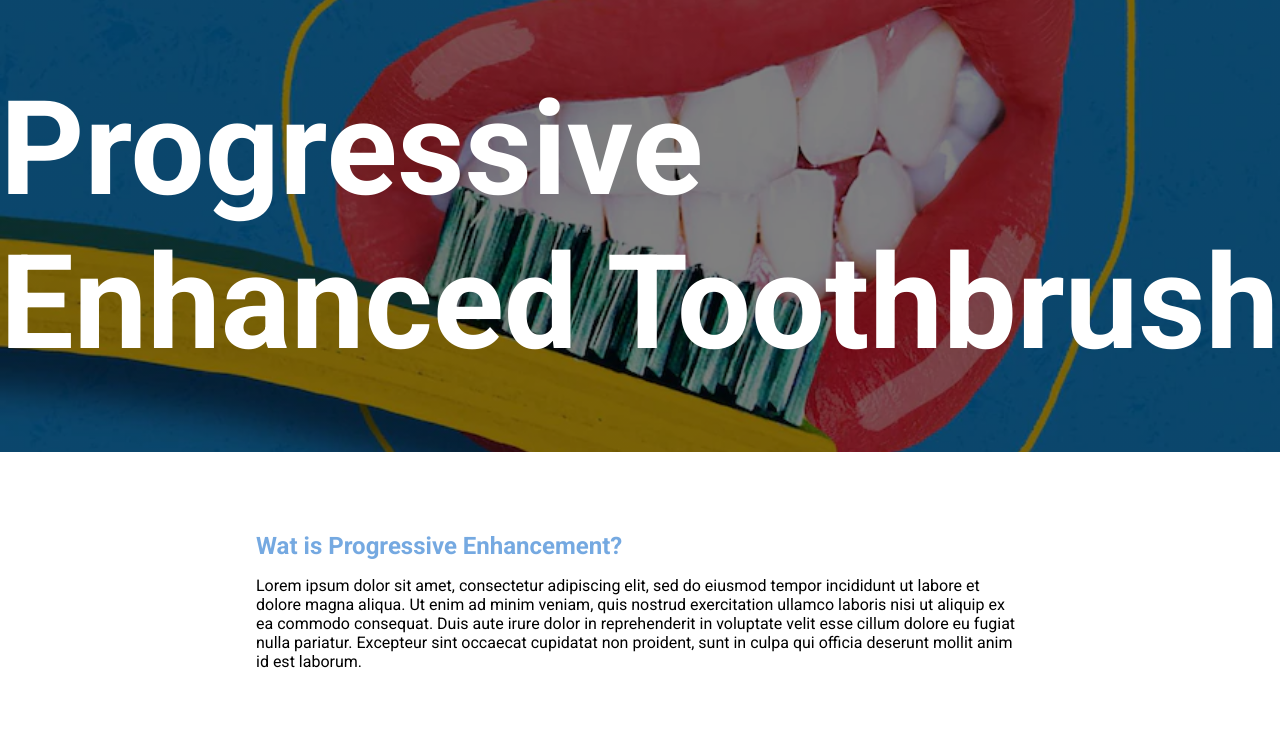
Repository: norakramer1/browser-technologies-2122
Page: progressive-enhanced-toothbrush-main/index.html
These files come from the project's save history. The page is drawn as it stood at one moment and after a run of saves; the edit follows.
The browser window is 1280 px wide. The pictures show the whole page.

Above is the page before, as saved 2022-03-23 12:18:30.

After the next 4 saves:
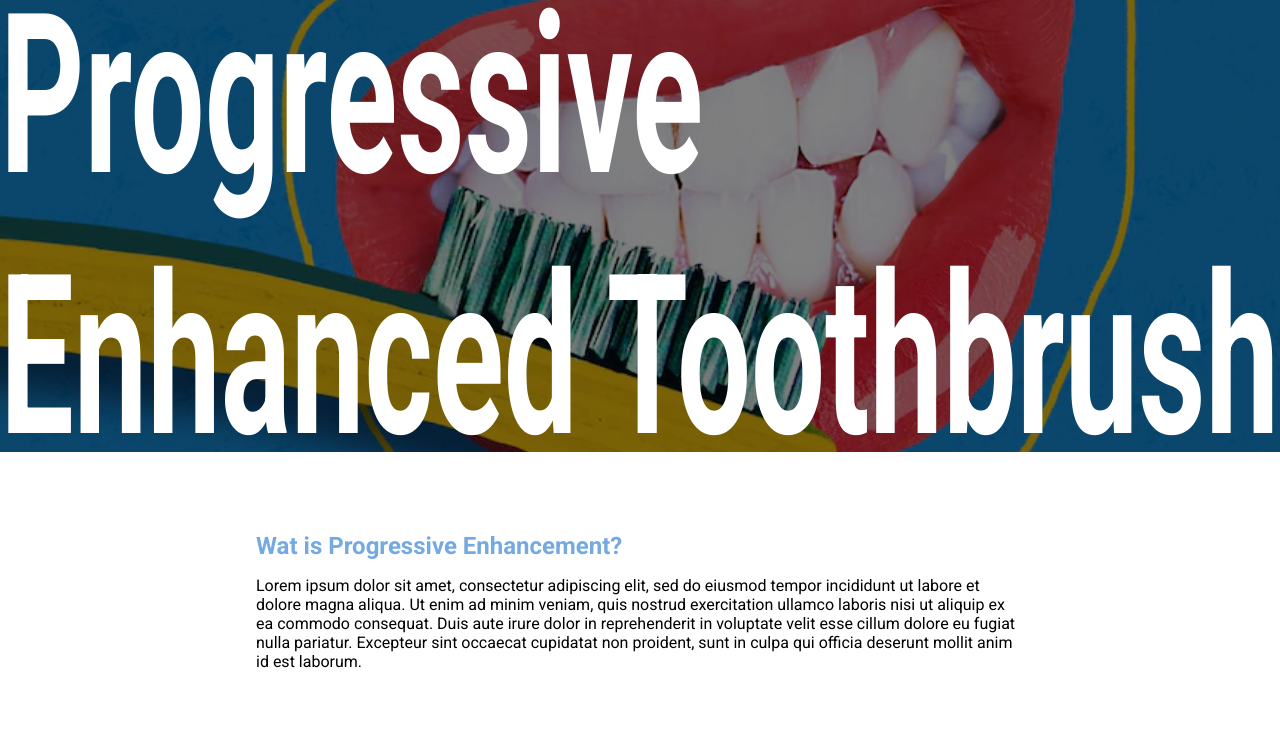
The 4 saves are shown as one change because they came seconds apart.
The last was saved 13 s later.
--- a/progressive-enhanced-toothbrush-main/style.css
+++ b/progressive-enhanced-toothbrush-main/style.css
@@ -20,7 +20,7 @@ h1 {
     color: white;
     font-size: 10.25vw;
     display: inline;
-    transform: scaleY(100vh);
+    transform: scaleY(1.7);
 }
 
 main {
